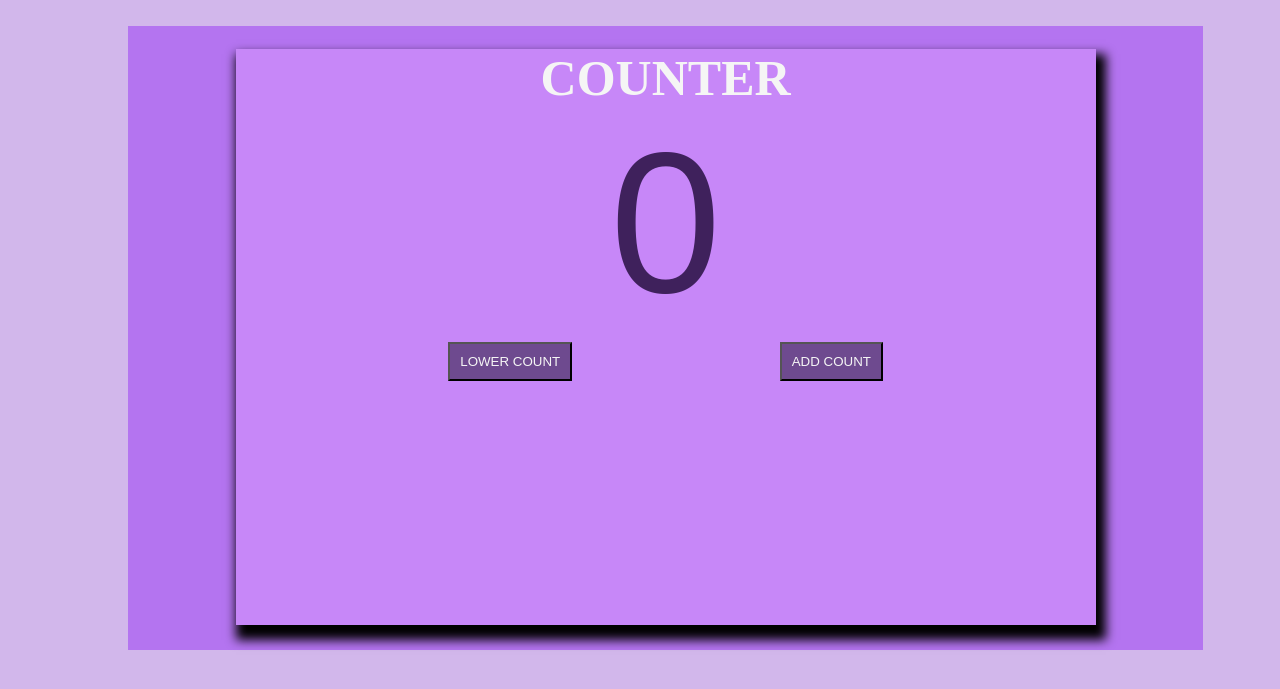
Repository: AnahitKhechumyan/Counter
Page: index.html
An editor plug-in stored every save of this project. The page is shown before and after the next save, followed by the edit.
The browser window is 1280 px wide. The pictures show the whole page.

Above is the page before, as saved 2022-02-14 21:25:56.

### index.html
<!DOCTYPE html>
<html lang="en">
<head>
    <meta charset="UTF-8">
    <meta http-equiv="X-UA-Compatible" content="IE=edge">
    <meta name="viewport" content="width=device-width, initial-scale=1.0">
    <link rel="stylesheet" href="style.css">
    <title>Counter</title>
</head>
<body>
    <div class="container">
       <div class="main">
            <div class="header">COUNTER</div>
            <button class= "counter">0</button>
            <div class = "change">
                 <button class ="decrement" type="button">LOWER COUNT</button>
                 <button class ="increment" type="button">ADD COUNT</button>
            </div>
        </div>
    </div>
    <script src= "script.js"></script>
</body>
</html>

### style.css
body{
    margin: 0;
    background-color: rgb(210, 183, 235);
}
.container{
    background-color: rgb(180, 116, 240);
    width: 84%;
    height: 85vh;
    margin: 2% 10%;
    padding-top: 1%;

}
.main{
    background-color: rgb(199, 135, 248);
    width: 80%;
    height: 80vh;
    margin: 1% 10%;
    box-shadow: 5px 10px 10px 5px;
    text-align: center;
}
.header{
    text-align: center;
    color:whitesmoke;
    font-size: 50px;
    font-weight: 700;
}

.counter{
    border:none;
    font-size:200px;
    color:rgb(63, 33, 92);
    background-color:rgb(199, 135, 248) ;

}
 .change{
     background-color:  rgb(199, 135, 248);
     font-size: 30px;
 }
.decrement{
    padding:10px;
    margin-right: 100px;
   background-color: rgb(110, 74, 143);
   color:whitesmoke;
}
.decrement:hover{
    background-color:whitesmoke;
    color:rgb(110, 74, 143);
    cursor:pointer;
}
.increment{
    padding:10px;
    margin-left: 100px;
    background-color: rgb(110, 74, 143);
    color:whitesmoke;
}
.increment:hover{
    background-color:whitesmoke;
    color:rgb(110, 74, 143);
    cursor:pointer;
}

### script.js
let counterElem = document.querySelector('.counter');
let addCount = document.querySelector('.increment');
let lowerCount =document.querySelector('.decrement');

    let count = 0;
    updateDisplay();

 addCount.addEventListener("click",()=>{
    count++;
    counterElem.innerHTML = count;
});
lowerCount.addEventListener("click",()=>{
    count--;
    counterElem.innerHTML = count;
});

updateDisplay();
function updateDisplay(){
    counterElem.innerHTML = count;
};

After the next save:
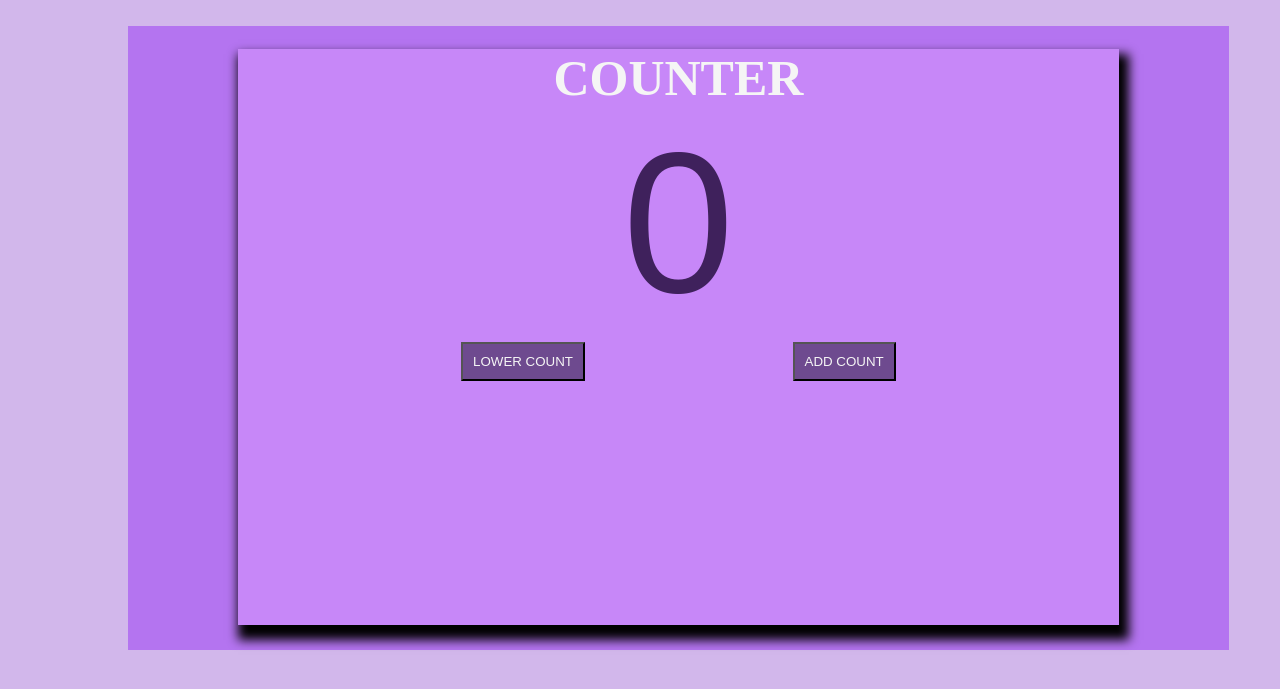
Saved 20 s later.
--- a/style.css
+++ b/style.css
@@ -4,7 +4,7 @@ body{
 }
 .container{
     background-color: rgb(180, 116, 240);
-    width: 84%;
+    width: 86%;
     height: 85vh;
     margin: 2% 10%;
     padding-top: 1%;
